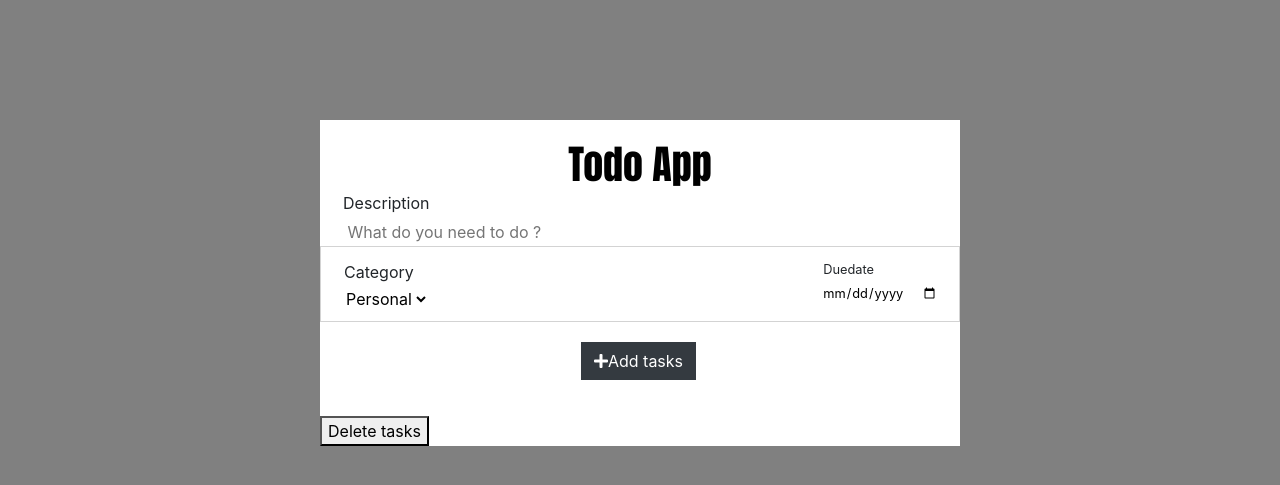
Repository: Sayan-100/Todo-List
Page: http://localhost/
The author's editor kept a copy of each file at every save. The page is drawn from the files as they stood at one save, then again after the next save.
The browser window is 1280 px wide. The pictures show the whole page.
Some web libraries are served in a nearby version. The page is served by the project's Node server (index.js). Other server files are loaded and not shown. Queries for data that is not in the repository find no rows.

Above is the page before, as saved 2021-12-29 19:00:28.
Not found: js/home.js

### views/home.ejs
<html>

<head>
    <title>
        <%= title %>
    </title>

    <link rel="stylesheet" href="https://stackpath.bootstrapcdn.com/bootstrap/4.5.2/css/bootstrap.min.css" integrity="sha384-JcKb8q3iqJ61gNV9KGb8thSsNjpSL0n8PARn9HuZOnIxN0hoP+VmmDGMN5t9UJ0Z" crossorigin="anonymous">
    <link rel="stylesheet" href="/css/style.css">
    <link rel="stylesheet" href="https://use.fontawesome.com/releases/v5.5.0/css/all.css" integrity="sha384-B4dIYHKNBt8Bc12p+WXckhzcICo0wtJAoU8YZTY5qE0Id1GSseTk6S+L3BlXeVIU" crossorigin="anonymous">

</head>

<body>

    <div class="container">
        <h1> Todo App </h1>
        <form id="create-todo" action="/create_todo" method="POST">
            <div class="description">
                <p>Description</p>
                <input type="text" name="Description" placeholder=" What do you need to do ?" required>
            </div>

            <div class="options">

                <div class="cat">
                    <p>Category</p>
                    <select name="Category" required>
                    <option>Personal</option>
                    <option>Work</option>
                    <option>Cleaning</option>
                    <option>School</option>
                    <option> others</option>
                    </select>
                </div>

                <div class="date">
                    <p>Duedate</p>
                    <input type="date" id="birthday " name="DueDate">
                </div>
            </div>

            <div class="buttons">
                <button type="submit" class="btn btn-dark btn-1" form="create-todo"><i class="fas fa-plus"></i>Add tasks</button>
            </div>

        </form>


        <button type="submit" form="delete-form">Delete tasks</button>

        <!-- form attribute is used to link the button with the form  by specifying the id -->

        <form id="delete-form" action="/delete-todo" method="POST">
            <ul>
                <% for(let i of todo_list) {%>
                    <li class="single-todo">

                        <div class="check">
                            <input type="checkbox" name="<%=i._id%>" value="">
                            <!-- name attribute is used to take id of selected to do list from the from tag to the controller-->

                            <div class="desc_and_date">
                                <b>
                                    <span class = "date">
                                         <i class="fas fa-calendar-day"></i>
                                        <%= i.Description %>
                                    </span>
                                </b>

                                <span>

                                    <%= i.DueDate  %>
                                </span>

                            </div>
                        </div>

                        <div id="category">
                            <span>
                                <button><%= i.Category %></button>
                            </span>
                        </div>

                    </li>
                    <% } %>
            </ul>

        </form>
    </div>



    <script type="text/javascript" src="/js/home.js">
    </script>

</body>

</html>

### index.js
const express = require('express');
const path = require('path');
const port = 8000;

const db = require('./config/mongoose');
const to_do = require('./models/to-do');

const app = express();

app.set('view engine', 'ejs');
app.set('views', path.join(__dirname, 'views'));

app.use(express.urlencoded());
app.use(express.static('assests'));
app.get('/', function(req, res) {

    //res.send('<h1>cool it is running or is it ?</h1>')
    to_do.find({}, function(err, todos) {
        if (err) {
            console.log('Error in fetching todo from db');
            return;
        }

        return res.render('home', {
            title: "My todo List",
            todo_list: todos
        });
    });

});

app.post('/delete-todo', function(req, res) {
    let id = req.query.id;
    Object.keys(req.body).forEach(function(id) {
        to_do.findByIdAndDelete(id, function(err) {
            if (err) {
                console.log('Error in deleting a object form database');
                return;
            }
        });
        return res.redirect('back');
    })
});

//   to_do.findByIdAndDelete(id, function(err) {
//         if (err) {
//             console.log('Error in deleting a object form database');
//             return;
//         }

//         return res.redirect('back');
//})
app.post('/create_todo', function(req, res) {

    let date = "NO DEADLINE";
    console.log('**********', date);
    if (req.body.DueDate) {
        date = req.body.DueDate;
    }

    to_do.create({
        Description: req.body.Description,
        Category: req.body.Category,
        DueDate: date

    }, function(err, newTodo) {

        if (err) {
            console.log('Error in creating a todo');
            return;
        }

        console.log('**********', newTodo);
        return res.redirect('back');

    });
});


app.listen(port, function(err) {
    if (err) {
        console.log('Error in running server');
    }

    console.log('Yup! my server is running on port', port);
});

### assests/css/style.css
body {
    background-color: gray;
    margin: 0;
}

h1 {
    color: black;
    text-align: center;
    font-family: Impact, Haettenschweiler, 'Arial Narrow Bold', sans-serif;
    padding: 20px 20px 0px 20px;
    margin-bottom: 0px;
}

.container {
    width: 50%;
    margin: auto;
    background-color: white;
    padding: 0px;
    margin-top: 120px;
}

.form-fill {
    display: flex;
    flex-direction: column;
}

.options {
    display: flex;
    justify-content: space-between;
}

input {
    outline: none;
    border: 1px solid transparent;
}

#desc {
    width: 100%;
}

p {
    margin: 3px;
}

select {
    outline: none;
    border: 1px solid transparent;
    background-color: white;
    width: 100%;
}

option {
    padding: 5px;
    border: 1px solid transparent;
}

.description {
    border: 0px 1px 1px 1px solid lightgray;
    padding: 0px 20px;
}

.options {
    border: 1px solid lightgray;
    padding: 10px 20px;
}

.buttons {
    display: flex;
    justify-content: center;
    padding: 20px;
}

.btn-1 {
    margin-right: 3px;
    border-radius: 0px;
}

.btn-2 {
    border-radius: 0px;
}

.submitbtn {
    display: flex;
    justify-content: center;
    padding-bottom: 10px;
}

.single-todo {
    display: flex;
    justify-content: space-between;
    align-items: center;
}

.desc_and_date {
    display: flex;
    flex-direction: column;
    margin-left: 15px;
}

.date {
    font-size: 0.8rem;
}

ul {
    padding: 0;
}

li {
    padding: 10px;
    /* padding-left:30px; */
    border: 1px solid lightgray;
}

#category {
    margin-right: 3%;
    color: white;
    padding: 4px;
    width: 80px;
    height: 45px;
    text-align: center;
}

#category:nth-of-type(2n) {
    background-color: rgb(12, 12, 63);
}

#category span {
    position: relative;
    top: 5px;
}

.check {
    display: flex;
    align-items: center;
    justify-content: flex-start;
    width: 40%;
}

li:hover {
    background-color: lightgrey;
}

@media screen and (max-width:900px) {
    .container {
        width: 70%;
    }
}

After the next save:
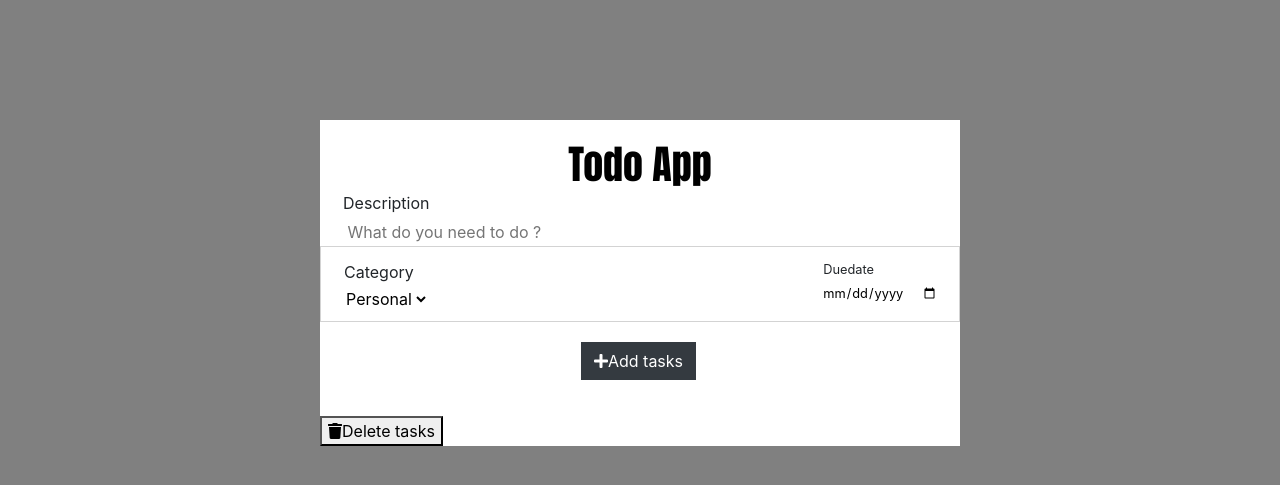
Saved 62 s later.
--- a/views/home.ejs
+++ b/views/home.ejs
@@ -47,7 +47,7 @@
         </form>
 
 
-        <button type="submit" form="delete-form">Delete tasks</button>
+        <button type="submit" form="delete-form"><i class="fas fa-trash"></i>Delete tasks</button>
 
         <!-- form attribute is used to link the button with the form  by specifying the id -->
 
